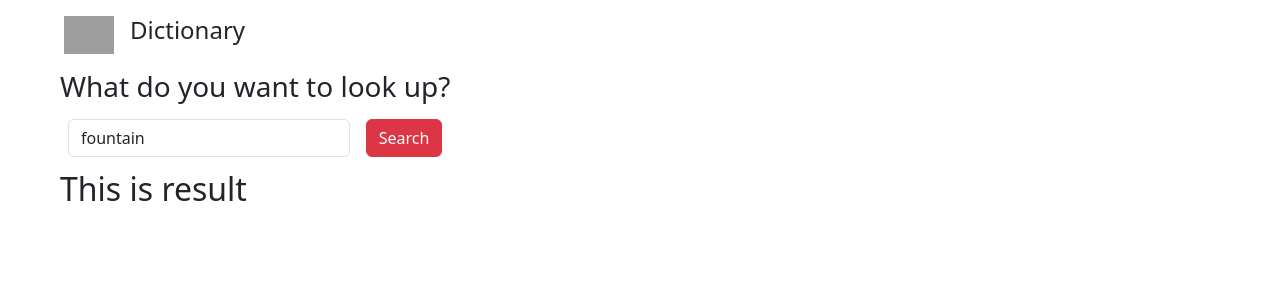
Repository: moehaymanmyint/react-dictionary-app
Page: /
An editor plug-in stored every save of this project. The page is shown before and after the next save, followed by the edit.
The browser window is 1280 px wide. The pictures show the whole page.
Pictures or frames that could not be fetched are drawn as grey boxes. The page's requests for data from a server got no answer. The project was rebuilt for these pictures with package versions that can differ from the ones it lists, and the page was loaded fresh each time. No one was signed in, and anything a server would have sent is missing.

Above is the page before, as saved 2024-08-28 10:42:59.

### src/App.js
import './App.css';
import 'bootstrap/dist/css/bootstrap.css';

import Search from "./Search"

function App() {
  return (
    <div className="App">
      {/* Logo */}
      <div className='logo m-3 mx-5 d-flex align-items-center'>
        <img src="https://th.bing.com/th/id/R.1ebe3e38406a8906121c9769e62adc3e?rik=d1hISy0qiMJ7Hg&pid=ImgRaw&r=0" alt="Logo" className='mx-3'/>
        <h4>Dictionary</h4>
      </div>

      <div className='container d-flex m-3 mx-5'>
        {/* Header */}
        <div className="header">
          <h3>What do you want to look up?</h3>
          <Search />
        </div>

        {/* Content */}
        <div className="content mx-5" >

        </div>

      </div>
    </div>
  );
}

export default App;

### src/App.css
.App img{
    width: 50px;
}

### src/Search.js
import React, {useState} from "react";
import 'bootstrap/dist/css/bootstrap.css';
import axios from 'axios';
import Result from "./Result"

export default function Search(props){
    let [word, setWord] = useState('fountain');
    let [result, setResult] = useState(null);

    let apiUrl =  `https://api.shecodes.io/dictionary/v1/define?word=${word}&key=03aa5321feb0a48eoca7a4tede1f2bb1`;
    axios.get(apiUrl).then(handleResponse);

    function handleResponse(response){
        console.log(response);
    }

    function handleSubmit(event){
        event.preventDefault();
        alert("searching for " + word);
    }

    function updateWord(event){
        setWord(event.target.value);
    }

    return (
        <div className="Content">
            <form onSubmit={handleSubmit} className="d-flex">
                <input type="search" className="form form-control m-2" value={word} onChange={updateWord}/>
                <input type="submit" value="Search" className="btn btn-danger m-2"/>
            </form>
            <div className="meaning">
                <Result results={result} />
            </div>
        </div>
    );
}

### src/Result.js
import React from "react";

export default function Result(props){

    return (
        <div className="Result fs-2">
            This is result
        </div>
    )
}

Loaded but not shown: public/index.html (common file); src/index.js (common file); src/index.css (common file); src/reportWebVitals.js (common file)

After the next save:
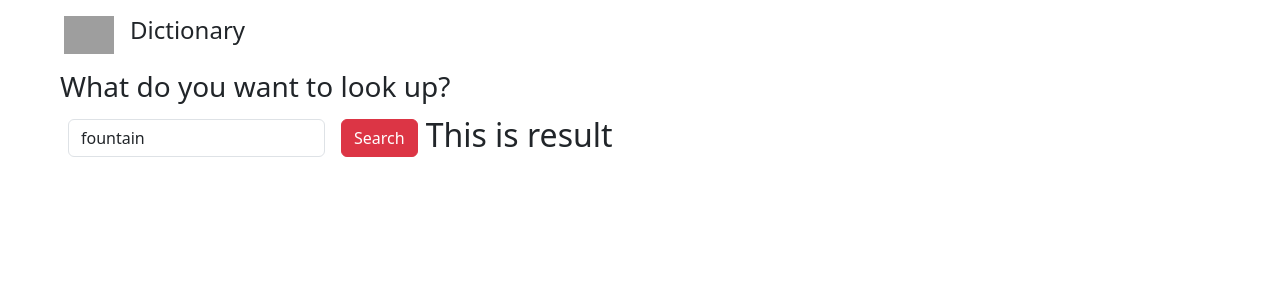
Saved 20 s later.
--- a/src/Search.js
+++ b/src/Search.js
@@ -24,7 +24,7 @@ export default function Search(props){
     }
 
     return (
-        <div className="Content">
+        <div className="Content d-flex">
             <form onSubmit={handleSubmit} className="d-flex">
                 <input type="search" className="form form-control m-2" value={word} onChange={updateWord}/>
                 <input type="submit" value="Search" className="btn btn-danger m-2"/>
